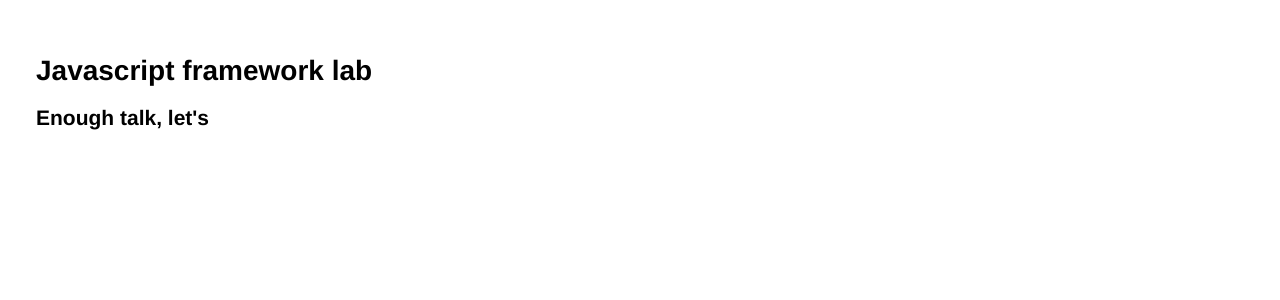
Repository: alboss/bit-175
Page: docs/js-framework.html
The author's editor kept a copy of each file at every save. The page is drawn from the files as they stood at one save, then again after the next save.
The browser window is 1280 px wide. The pictures show the whole page.

Above is the page before, as saved 2023-05-11 11:52:57.

### docs/js-framework.html
<!DOCTYPE html>
<html lang="en">
  <head>
    <meta charset="UTF-8" />
    <meta http-equiv="X-UA-Compatible" content="IE=edge" />
    <meta name="viewport" content="width=device-width, initial-scale=1.0" />
    <title>Javascript framework lab</title>
    <link rel="stylesheet" type="text/css" href="./styles/styles.css" />
  </head>

  <body>
    <header>
      <h1>Javascript framework lab</h1>
    </header>

    <main>
<h2>Enough talk, let's </h2>


    </main>

  </body>
</html>

### docs/styles/styles.css
body {
  font-family: Helvetica, Arial, Sans-serif;
  font-size: 14px;
  padding: 2em;
}
#description {
  border: 2px solid #999;
  padding: 2em;
  margin: 2em;
}
#lead {
  font-size: 1.2em;
  color: #666;
}
.highlight {
  background-color: yellow;
  font-weight: bold;
}

nav.top ul {
  display: flex;
}
nav.top ul li {
  margin: 0px;
  padding: 10px 25px;
  border-inline: 2px solid #333;
  margin-left: -2px;
  background-color: cornsilk;
  list-style: none;
}
nav.top ul li:hover {
  background-color: blanchedalmond;
  list-style: none;
  display: block;
}

After the next save:
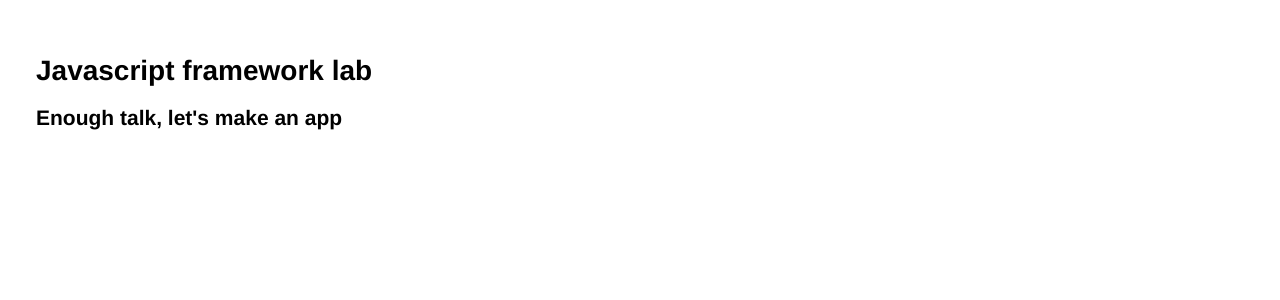
Saved 4 s later.
--- a/docs/js-framework.html
+++ b/docs/js-framework.html
@@ -14,7 +14,7 @@
     </header>
 
     <main>
-<h2>Enough talk, let's </h2>
+<h2>Enough talk, let's make an app</h2>
 
 
     </main>
